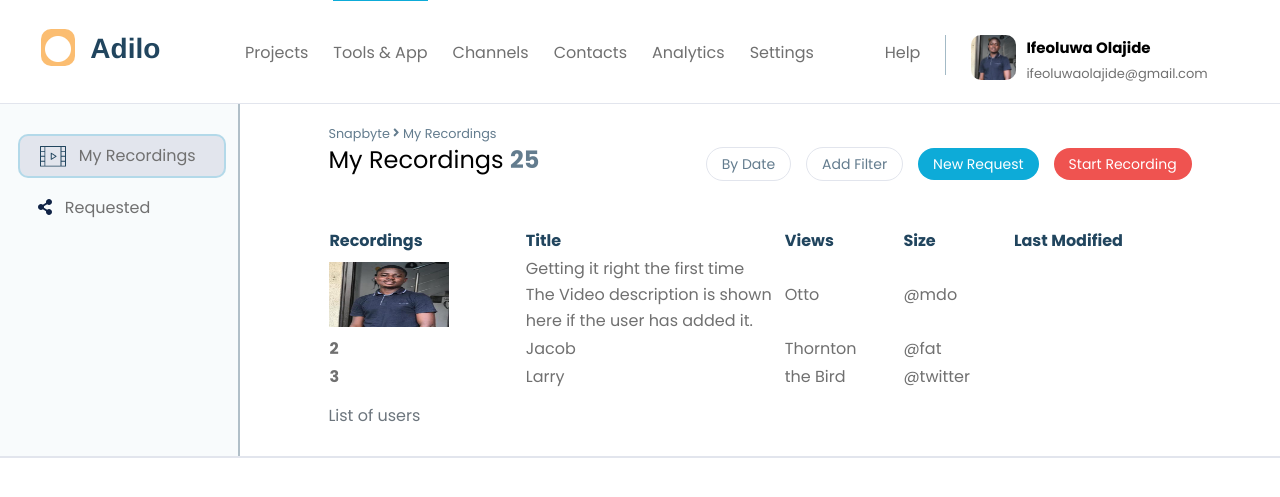
Repository: olhighjay/video_recorder
Page: /
The author's editor kept a copy of each file at every save. The page is drawn from the files as they stood at one save, then again after the next save.
The browser window is 1280 px wide. The pictures show the whole page.
Some web libraries are served in a nearby version. The project was rebuilt for these pictures with package versions that can differ from the ones it lists, and the page was loaded fresh each time. Also part of the build but not shown: vue.config.js.

Above is the page before, as saved 2022-07-29 06:11:23.

### public/index.html
<!DOCTYPE html>
<html lang="">
  <head>
    <meta charset="utf-8">
    <meta http-equiv="X-UA-Compatible" content="IE=edge">
    <meta name="viewport" content="width=device-width,initial-scale=1.0">
    <link rel="icon" href="<%= BASE_URL %>favicon.ico">
    <title><%= htmlWebpackPlugin.options.title %></title>
    <link rel="stylesheet" href="https://cdn.jsdelivr.net/npm/bootstrap@4.0.0/dist/css/bootstrap.min.css" integrity="sha384-Gn5384xqQ1aoWXA+058RXPxPg6fy4IWvTNh0E263XmFcJlSAwiGgFAW/dAiS6JXm" crossorigin="anonymous">
    <link rel="stylesheet" href="https://cdnjs.cloudflare.com/ajax/libs/font-awesome/5.1.0/css/all.css" integrity="sha512-ajhUYg8JAATDFejqbeN7KbF2zyPbbqz04dgOLyGcYEk/MJD3V+HJhJLKvJ2VVlqrr4PwHeGTTWxbI+8teA7snw==" crossorigin="anonymous" referrerpolicy="no-referrer" />
  </head>
  <body>
    <noscript>
      <strong>We're sorry but <%= htmlWebpackPlugin.options.title %> doesn't work properly without JavaScript enabled. Please enable it to continue.</strong>
    </noscript>
    <div id="app"></div>
    <!-- built files will be auto injected -->

    <script src="https://cdnjs.cloudflare.com/ajax/libs/font-awesome/5.1.0/js/all.js" integrity="sha512-vn7pO1RiR0IT5T9K+USTmMfkTaecOtFtCCV0JvT+j8ZPBujq6C3P5J2sHttG7D41pBPqLCih+7lIXamnFodtUw==" crossorigin="anonymous" referrerpolicy="no-referrer"></script>
    <script src="https://code.jquery.com/jquery-3.2.1.slim.min.js" integrity="sha384-KJ3o2DKtIkvYIK3UENzmM7KCkRr/rE9/Qpg6aAZGJwFDMVNA/GpGFF93hXpG5KkN" crossorigin="anonymous"></script>
<script src="https://cdn.jsdelivr.net/npm/popper.js@1.12.9/dist/umd/popper.min.js" integrity="sha384-ApNbgh9B+Y1QKtv3Rn7W3mgPxhU9K/ScQsAP7hUibX39j7fakFPskvXusvfa0b4Q" crossorigin="anonymous"></script>
<script src="https://cdn.jsdelivr.net/npm/bootstrap@4.0.0/dist/js/bootstrap.min.js" integrity="sha384-JZR6Spejh4U02d8jOt6vLEHfe/JQGiRRSQQxSfFWpi1MquVdAyjUar5+76PVCmYl" crossorigin="anonymous"></script>
  </body>
</html>

### src/App.vue
<template>
  <!-- <img alt="Vue logo" src="./assets/logo.png"> -->
  <div>
    <navbar></navbar>
    <div id="main-flex">
      <div class="my-sidebar">
        <ul class="my-sidebar-items">
            <li class="sidebar-item-active"> <img src="./assets/video-player.png" alt=""> &nbsp; My Recordings</li>
            <li> <i class="fa fa-share-alt" style="color:#102346"></i> &nbsp; Requested</li>
        </ul>
      </div>
        <div class="my-main">
          <div class="my-main-container">
            <div><small class="breadcrumbs">Snapbyte <i class="fa fa-angle-right" style="font-weight:200"></i> My Recordings</small></div>
            <div class="subheading-tab">
              <div> <span class="my-recordings">My Recordings </span><span class="my-recordings-count">25</span> </div>
              <div>
                <button class="sub-heading-btn white-btn">By Date</button>
                <button class="sub-heading-btn white-btn">Add Filter</button>
                <button class="sub-heading-btn blue-btn">New Request</button>
                <button class="sub-heading-btn red-btn">Start Recording</button>
              </div>
            </div>
            <!-- <div style="border: 1px dashed #A3BAC6; margin-top:30px;
              border-radius: 38px;
              opacity: 1; padding-top:105.9px; padding-bottom:68.5px">
              <p style="color: #000; font-size: 22px; text-align:center; font-weight:medium; margin-top:56px">Say hello to the world!</p>
              <p style="color: #637C8E; font-size: 14px; text-align:center;">Record your first video/audio and share it what your team, friends, <br />followers and customers.</p>
              <div class="text-center">
                <button class="sub-heading-btn red-btn">Start Recording</button>
                <button class="sub-heading-btn blue-btn">New Request</button>
              </div>
            </div>
            <div class="footer" style="margin-top:42px; margin-bottom: 140px">
              <div>

              </div>
              <div>
                <p style="font-size: 26px; color:#21455E">Want more controls & better <br />quality recording?</p>
                <button class="sub-heading-btn blue-btn">Download the desktop recorder</button>
              </div>
            </div> -->
            <div class="table-responsive-xl" style="margin-top:46.1px">
              <table class="">
  <caption>List of users</caption>
  <thead>
    <tr>
      <th scope="col" style="color:#21455E">Recordings</th>
      <th scope="col" style="color:#21455E">Title</th>
      <th scope="col" style="color:#21455E">Views</th>
      <th scope="col" style="color:#21455E">Size</th>
      <th scope="col" style="color:#21455E">Last Modified</th>
    </tr>
  </thead>
  <tbody>
    <tr>
      <th scope="row">
        <img alt="Profile Image" src="./assets/profile.jpg" style="width:120px; height:65px">
      </th>
      <td style="width:30%">
        <span>Getting it right the first time </span> <br />
        <span>The Video description is shown here if the user has added it. </span>
      </td>
      <td>Otto</td>
      <td>@mdo</td>
    </tr>
    <tr>
      <th scope="row">2</th>
      <td>Jacob</td>
      <td>Thornton</td>
      <td>@fat</td>
    </tr>
    <tr>
      <th scope="row">3</th>
      <td>Larry</td>
      <td>the Bird</td>
      <td>@twitter</td>
    </tr>
  </tbody>
</table>
            </div>
          </div>
        </div>
    </div>
  </div>
</template>

<script>
// import HelloWorld from './components/HelloWorld.vue'
import Navbar from './layouts/Navbar.vue'

export default {
  name: 'App',
  components: {
    Navbar
  }
}
</script>


<style>
 @import url('https://fonts.googleapis.com/css2?family=Poppins:wght@400;500;700&display=swap');

#main-flex {
  display: flex;
  width: 100%;
}

.my-sidebar {
  flex: 0 0 240px;
  /* width: 20%; */
  /* height: 100%; */
  background-color: #ebf2f656;
  border-right: 2px solid #21455e54;
  /* border-right: 2px solid #21455E; */
  /* width:250px; */
}
.my-sidebar-items {
  list-style: none;
  padding: 20px 0;
}
.my-sidebar-items>li {
  margin : 10px 12px 10px 18px;
  padding: 7px 20px ;
}
.sidebar-item-active {
  background-color: #E2E5ED;
  border: 2px solid #0DABD838;
  border-radius: 10px;
}





.my-main {
  flex: 1;
  flex-wrap: wrap;
}
.my-main-container {
  padding: 1.5% 8.5%;
}
.subheading-tab {
  display: flex;
  justify-content: space-between;
}
.sub-heading-btn {
  padding: 3px 15px;
  border-radius: 20px;
  margin-left: 15px;
  font-size: 14px;
}
.white-btn {
  border: 1px solid #E2E5ED;
  background-color: white;
  color: #637C8E;
}
.blue-btn {
  border: none;
  background-color: #0DABD8;
  color: #fff;
}
.red-btn {
  border: none;
  background-color: #EF5350;
  color: #fff;
}
.my-recordings, .my-recordings-count {
  font-size: 24px;
  color: #000
}
.my-recordings {
  color: #000
}
.my-recordings-count {
  color: #637C8E;
  font-weight: 600;
}
.breadcrumbs {
  color:#637C8E;
}



#app {
  font-family: Avenir, Helvetica, Arial, sans-serif;
  font: normal normal normal 14px/26px Poppins;
  -webkit-font-smoothing: antialiased;
  -moz-osx-font-smoothing: grayscale;
   /* text-align: center; */
   font-size: 16px;
  color: #707070;
  border-bottom: solid 2px #E2E5ED;
  overflow: hidden;
  /* margin-top: 60px;  */
}


</style>

### src/layouts/Navbar.vue
<template>
    <nav class="">
      <div class="nav-logo-area">
        <div class="nav-logo-area-inner">
          <div class="white-logo-wrap">
            <span class="white-logo-bkg">
            <img alt="Adilo logo" src="../assets/swarm.png">
            </span>
          </div>
          <div class="adilo">Adilo</div>
        </div>
      </div>
      <div class="nav-tab">
        <ul class="my-nav-list">
          <li><a>Projects</a></li>
          <li class="active-nav-item"> <a>Tools & App</a></li>
          <li><a>Channels</a></li>
          <li><a>Contacts</a></li>
          <li><a>Analytics</a></li>
          <li><a>Settings</a></li>
        </ul>
      </div>
      <div class="nav-profile">
        <ul class="my-nav-list">
          <li><a>Help</a></li>
        </ul>
        <div class="profile-info">
          <div class="profile-border"></div>
          <div >
            <img alt="Profile Image" src="../assets/profile.jpg" class="profile-img">
          </div>
          <div style="margin-left:10px">
            <span class="profile-name">Ifeoluwa Olajide </span>
            <p class="profile-email">ifeoluwaolajide@gmail.com</p>
          </div>
        </div>
      </div>
    </nav>
</template>
<script>
export default {
    name: 'NavbarComponent'
}
</script>
<style>
     nav {
    display: flex;
    /* height: 69px; */
    padding: 0 0.032%;
    border-bottom: solid 1px #E2E5ED;
  }

  .nav-logo-area {
    flex: 0 0 16%;
    padding-left: 3.2%;
    padding-top: 19px;
    padding-bottom: 27px;
  }
  .nav-logo-area-inner {
    display: flex;
  }
  .nav-tab {
    flex: 0 0 50%;
  }
  .nav-profile {
    flex: 0 0 34%;
    display: flex;
  }
  .my-nav-list {
    list-style: none;
    padding-top: 40px;
  }
  .my-nav-list>li {
    display: inline;
    margin-right: 25px;
    padding-top: 40px;
  }
  .my-nav-list>li>a {
    text-align: left;
    /* font: normal normal normal 18px/27px Poppins; */
    letter-spacing: 0px;
    color: #707070;
    opacity: 1
  }
  .white-logo-wrap {
    padding-top:16px;
  }
  .white-logo-bkg {
    background-color:#FBBD71;
    padding:7px 4px;
    border-radius:10px;
  }
  .adilo {
    font: normal normal bold 28px/32px Helvetica;
    font-size:28px;
    margin-left:15px;
    font-weight:bold;
    color:#21455E;
    padding-top:14px;
  }
  .profile-info {
    padding-top:35px;
    display:flex;
  }
  .active-nav-item {
    border-top: 6px solid #0DABD8;
  }
  .profile-border {
    border-left: 1px solid #A3BAC6;
    padding-left:25px;
    height:40px;
  }
  .profile-img {
    width:45px; height: 45px;
    border-radius:10px;
  }
  .profile-name {
    font-weight:bold;
    font-size:15px;
    color:black;
  }
  .profile-email {
    font-size:13px;
  }
</style>

Loaded but not shown: src/main.js (common file)

After the next save:
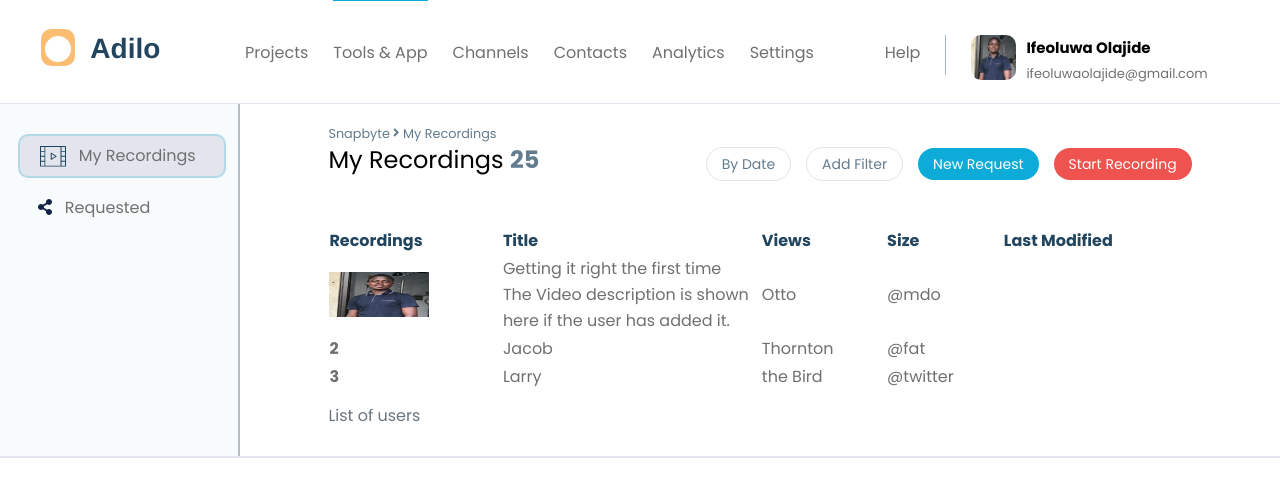
Saved 25 s later.
--- a/src/App.vue
+++ b/src/App.vue
@@ -55,7 +55,7 @@
   <tbody>
     <tr>
       <th scope="row">
-        <img alt="Profile Image" src="./assets/profile.jpg" style="width:120px; height:65px">
+        <img alt="Profile Image" src="./assets/profile.jpg" style="width:100px; height:45px">
       </th>
       <td style="width:30%">
         <span>Getting it right the first time </span> <br />
